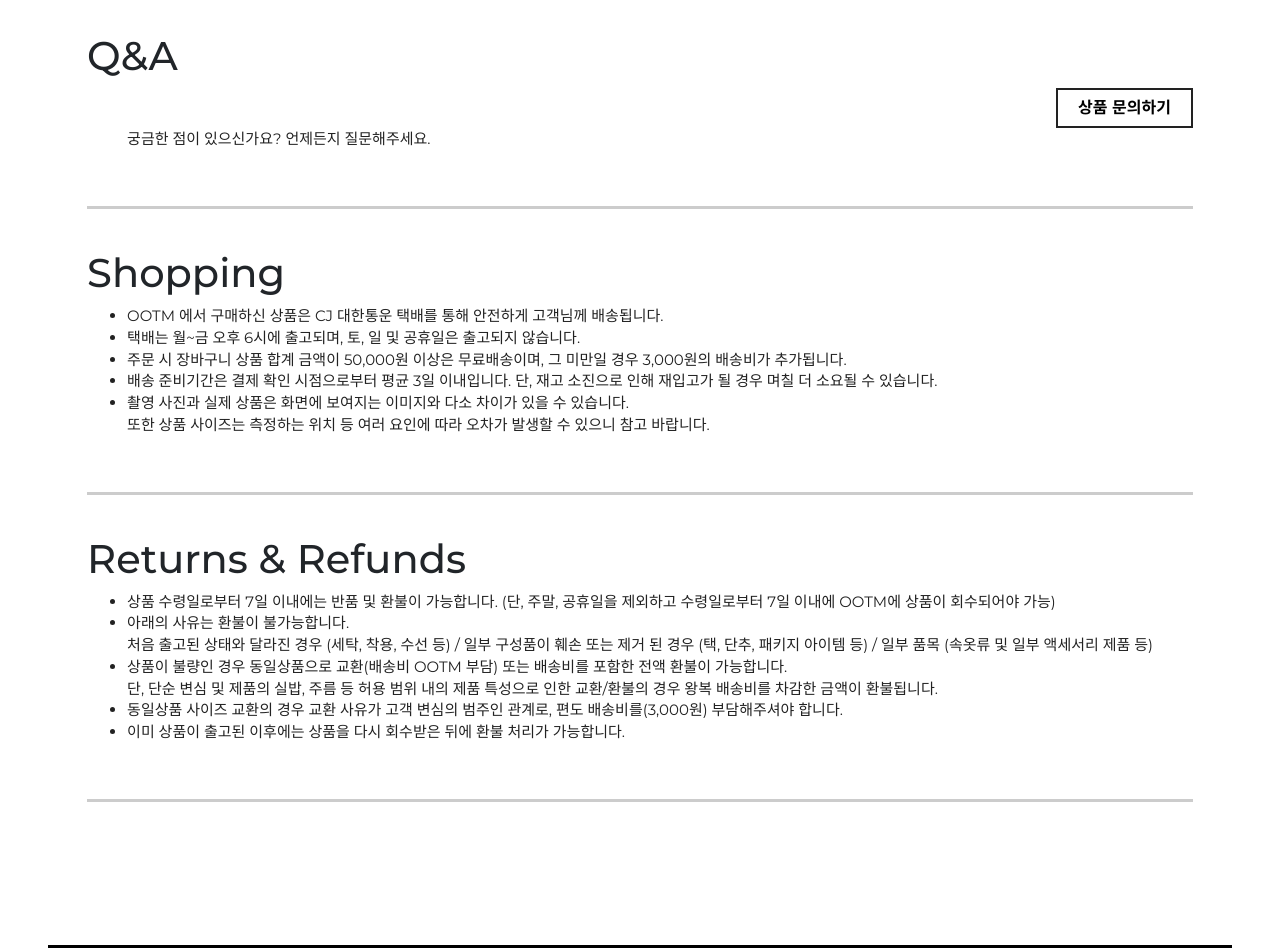
Repository: parkjunhoo/ootm
Page: ootm/src/main/webapp/html/1.html
The author's editor kept a copy of each file at every save. The page is drawn from the files as they stood at one save, then again after the next save.
The browser window is 1280 px wide. The pictures show the part of the page from y = 1771 to 2723 px (the page is 3209 px tall before and 3157 px after).
A picture or video elsewhere on the page could not be fetched, so the positions and the page height are approximate.

Above is the page before, as saved 2023-04-23 18:37:12.

After the next save:
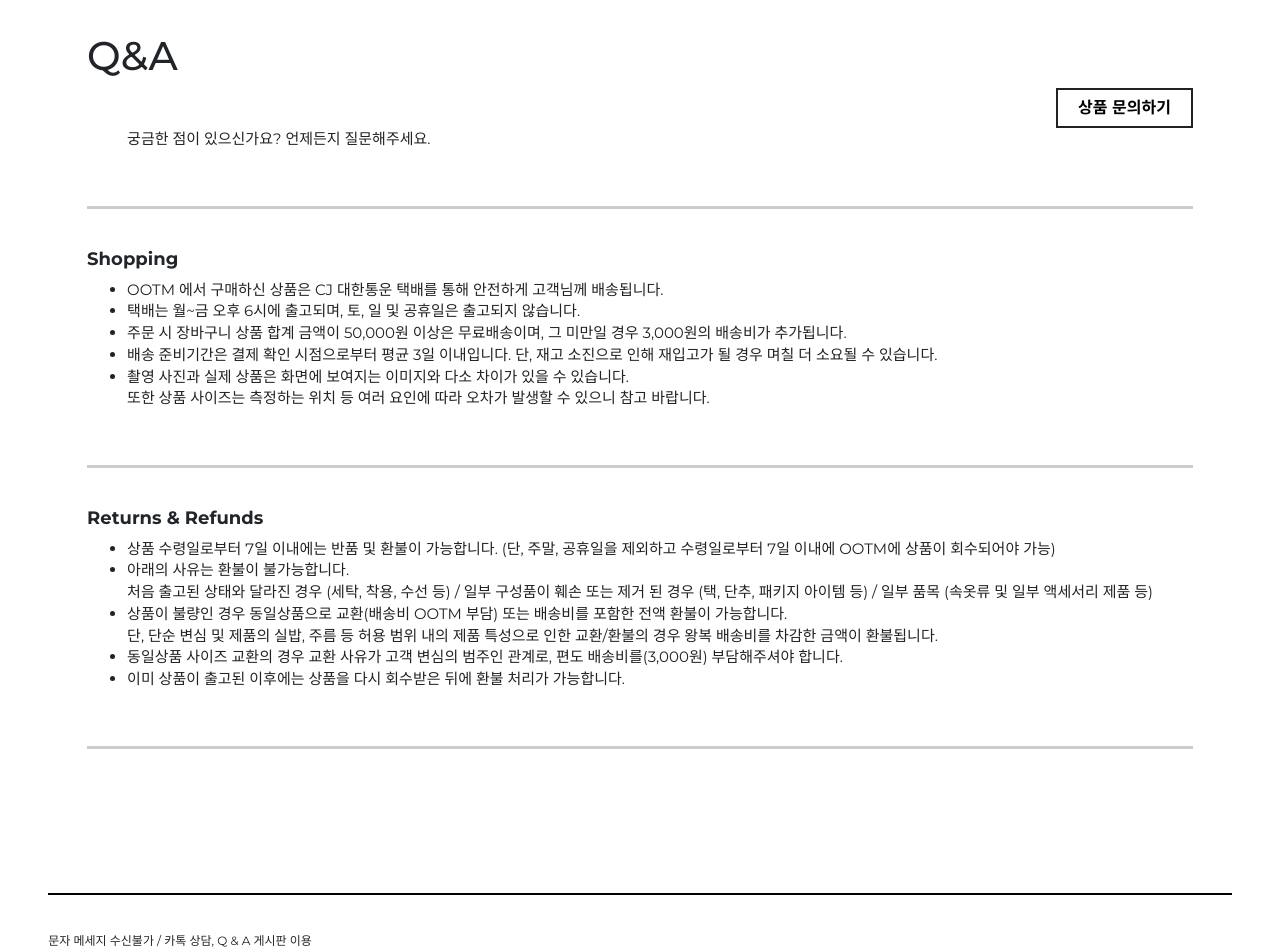
Saved 12 min 8 s later.
--- a/ootm/src/main/webapp/html/1.html
+++ b/ootm/src/main/webapp/html/1.html
@@ -266,7 +266,7 @@
 
 	<!-- 섹션 5: Shopping -->
 	<section>
-		<h1>Shopping</h1>
+		<h1 class="testh1">Shopping</h1>
 		<ul class="info-list">
 			<li>OOTM 에서 구매하신 상품은 CJ 대한통운 택배를 통해 안전하게 고객님께 배송됩니다.</li>
 			<li>택배는 월~금 오후 6시에 출고되며, 토, 일 및 공휴일은 출고되지 않습니다.</li>
@@ -281,7 +281,7 @@
 	</section>
 	<!-- 섹션 6: Returns & Refunds -->
 	<section>
-		<h1>Returns & Refunds</h1>
+		<h1 class="testh1">Returns & Refunds</h1>
 		<ul class="info-list">
 			<li>상품 수령일로부터 7일 이내에는 반품 및 환불이 가능합니다. (단, 주말, 공휴일을 제외하고 수령일로부터
 				7일 이내에 OOTM에 상품이 회수되어야 가능)</li>
